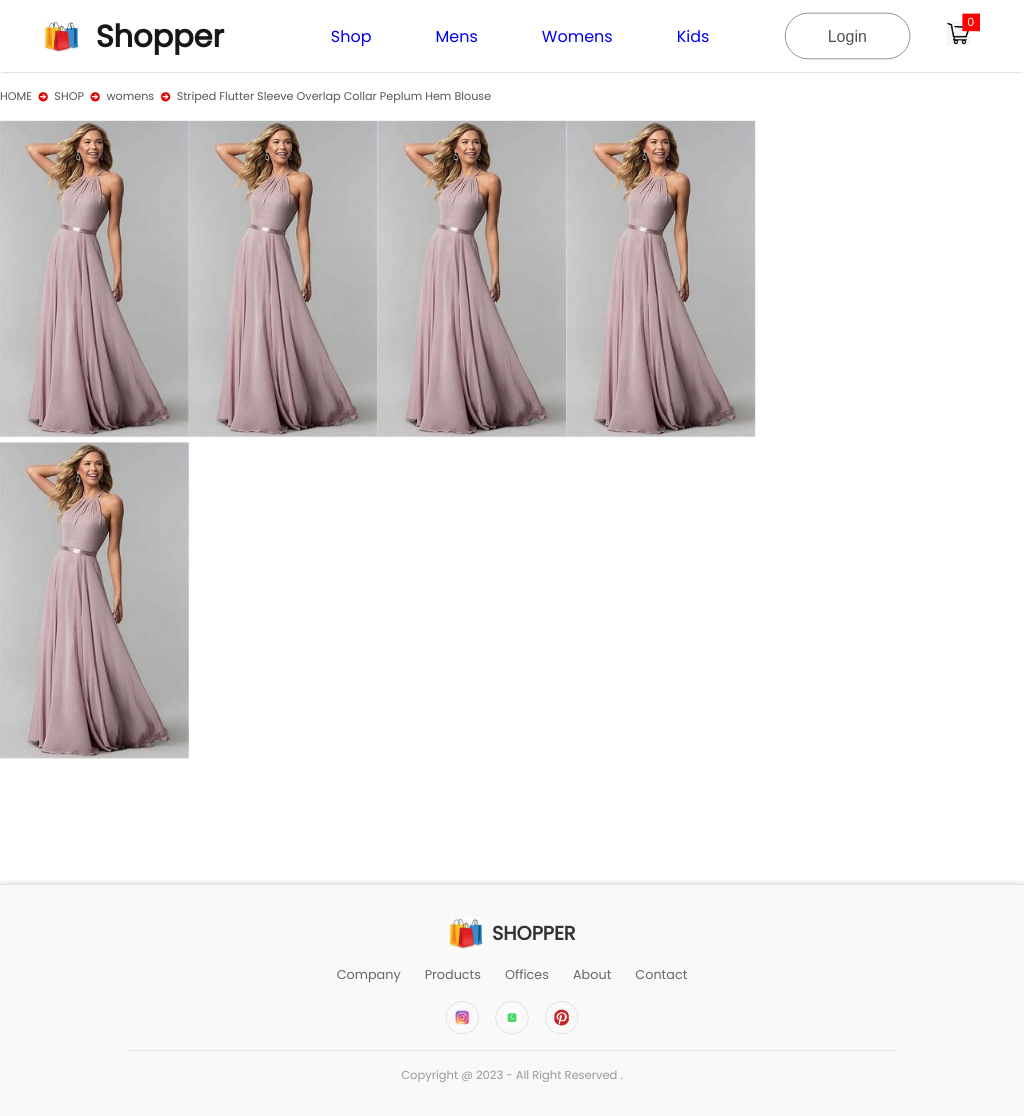
Repository: sshaiv/Shoppie_EcommerceAPP
Page: /product/1
The author's editor kept a copy of each file at every save. The page is drawn from the files as they stood at one save, then again after a run of saves.
The browser window is 1280 px wide. The pictures show the whole page, at 80% of full size.
The project was rebuilt for these pictures with package versions that can differ from the ones it lists, and the page was loaded fresh each time. Also part of the build but not shown: src/App.css, src/Components/Pages/CSS/ShopCategory.css, src/Components/Item/Item.css, src/Components/Item/Item.jsx, src/Components/Pages/ShopCategory.jsx, src/Components/ProductDisplay/ProductDisplay.css, src/Components/Pages/Cart.jsx, src/Components/Pages/CSS/LoginSignup.css and 14 more.

Above is the page before, as saved 2024-07-16 21:39:49.

After the next 3 saves:
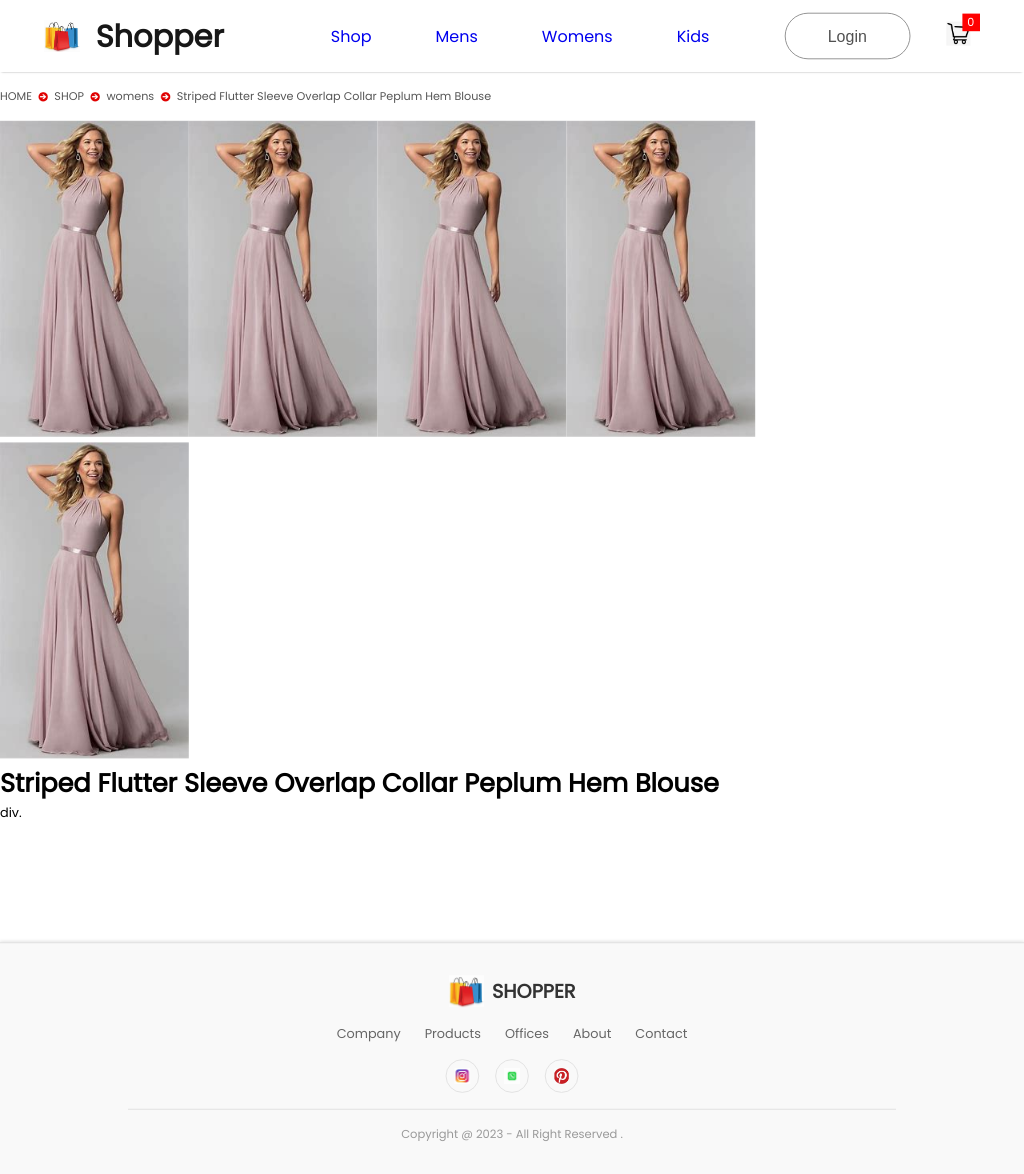
The 3 saves are shown as one change because they came seconds apart.
The last was saved 9 s later.
--- a/src/Components/ProductDisplay/ProductDisplay.jsx
+++ b/src/Components/ProductDisplay/ProductDisplay.jsx
@@ -18,7 +18,8 @@ const ProductDisplay = (props) => {
       </div>
       <div className="productdisplay-right">
 
-<h1>{}</h1>
+<h1>{product.name}</h1>
+div.
       </div>
     </div>
   )
